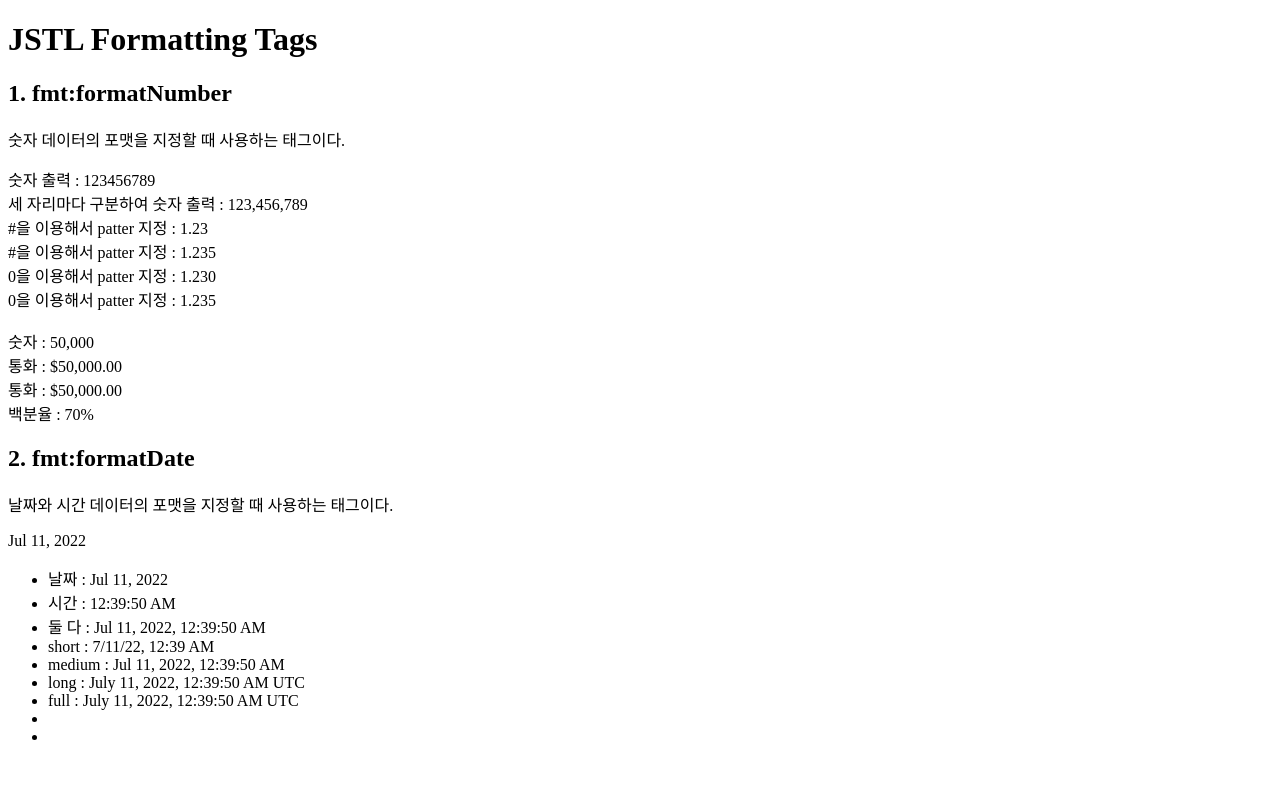
Repository: Parknogyung/Backend
Page: http://localhost/03_EL_JSTL/views/actiontag/jstl/formatting.jsp
The author's editor kept a copy of each file at every save. The page is drawn from the files as they stood at one save, then again after the next save.
The browser window is 1280 px wide. The pictures show the whole page.
The page is served by Tomcat 9.

Above is the page before, as saved 2022-07-14 01:27:53.

After the next save:
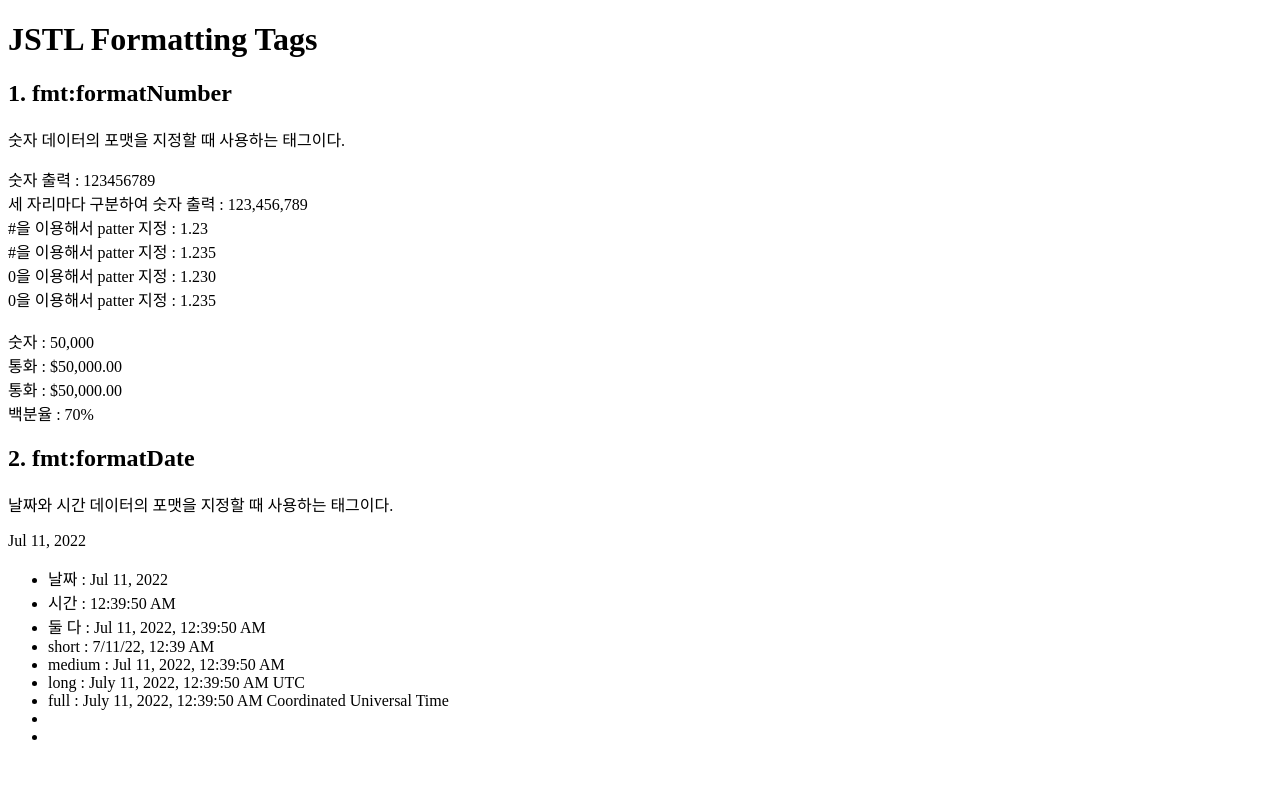
Saved 4 s later.
--- a/03_EL_JSTL/src/main/webapp/views/actiontag/jstl/formatting.jsp
+++ b/03_EL_JSTL/src/main/webapp/views/actiontag/jstl/formatting.jsp
@@ -56,7 +56,7 @@
 		<li>short : <fmt:formatDate type="both" dateStyle="short" timeStyle="short" value="${date }"/> </li>
 		<li>medium : <fmt:formatDate type="both" dateStyle="medium" timeStyle="medium" value="${date }" /> </li>
 		<li>long : <fmt:formatDate type="both" dateStyle="long" timeStyle="long" value="${date }"/> </li>
-		<li>full : <fmt:formatDate type="both" dateStyle="long" timeStyle="long" value="${date }"/> </li>
+		<li>full : <fmt:formatDate type="both" dateStyle="long" timeStyle="full" value="${date }"/> </li>
 		<li></li>
 		<li></li>
 	</ul>
